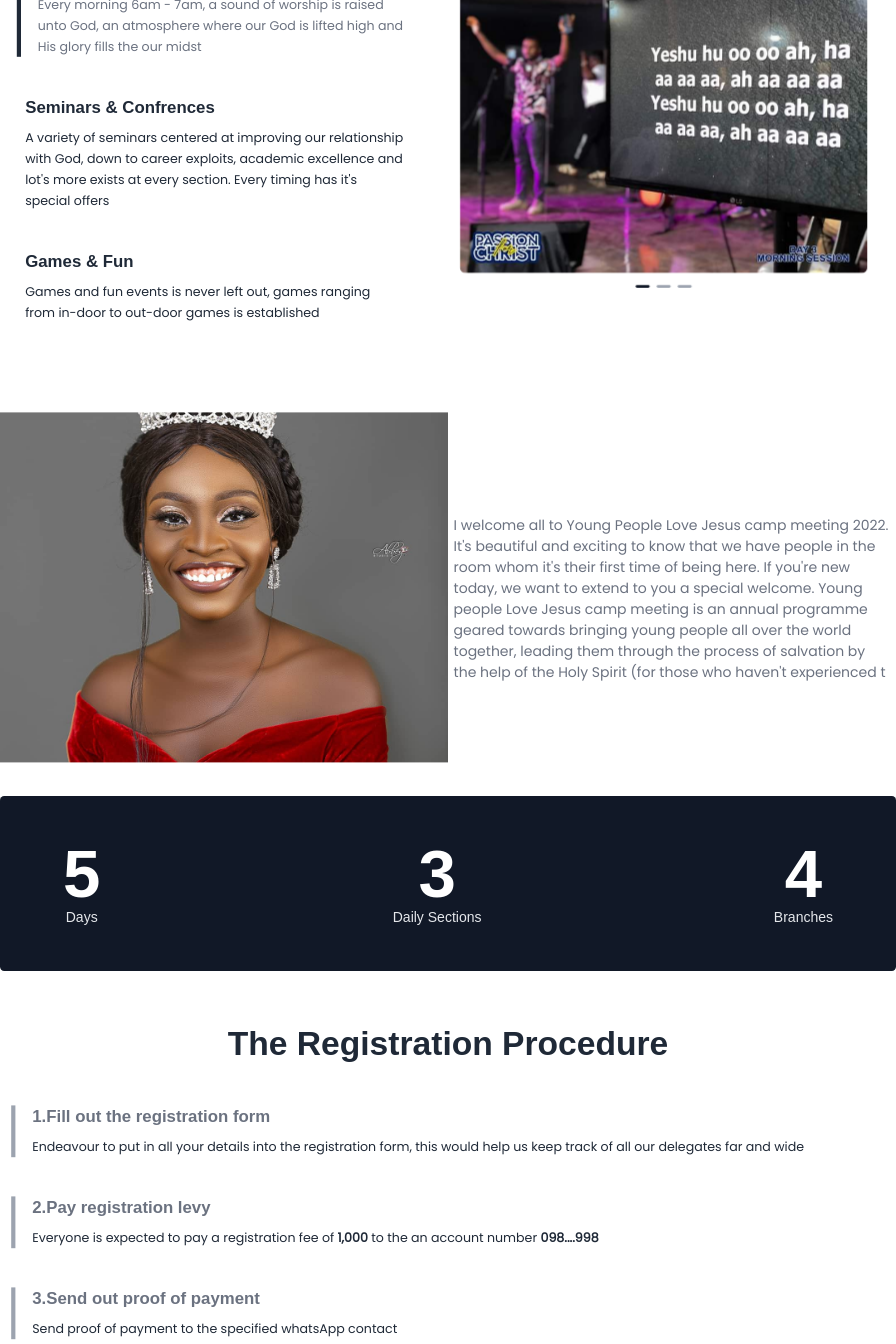
Repository: Ifenna-Pascal/user-camp-onboarding
Page: /
These files come from the project's save history. The page is drawn as it stood at one moment and after the next save; the edit follows.
The browser window is 1280 px wide. The pictures show the part of the page from y = 1553 to 3473 px (the page is 4228 px tall), at 70% of full size.
Some web fonts or font styles are not loaded; a fallback is used. The project was rebuilt for these pictures with package versions that can differ from the ones it lists, and the page was loaded fresh each time. The framework's server and built-in components were replaced by stand-ins that run in the browser. Also part of the build but not shown: next.config.js, styles/Home.module.css.

Above is the page before, as saved 2022-11-26 11:13:48.

After the next save:
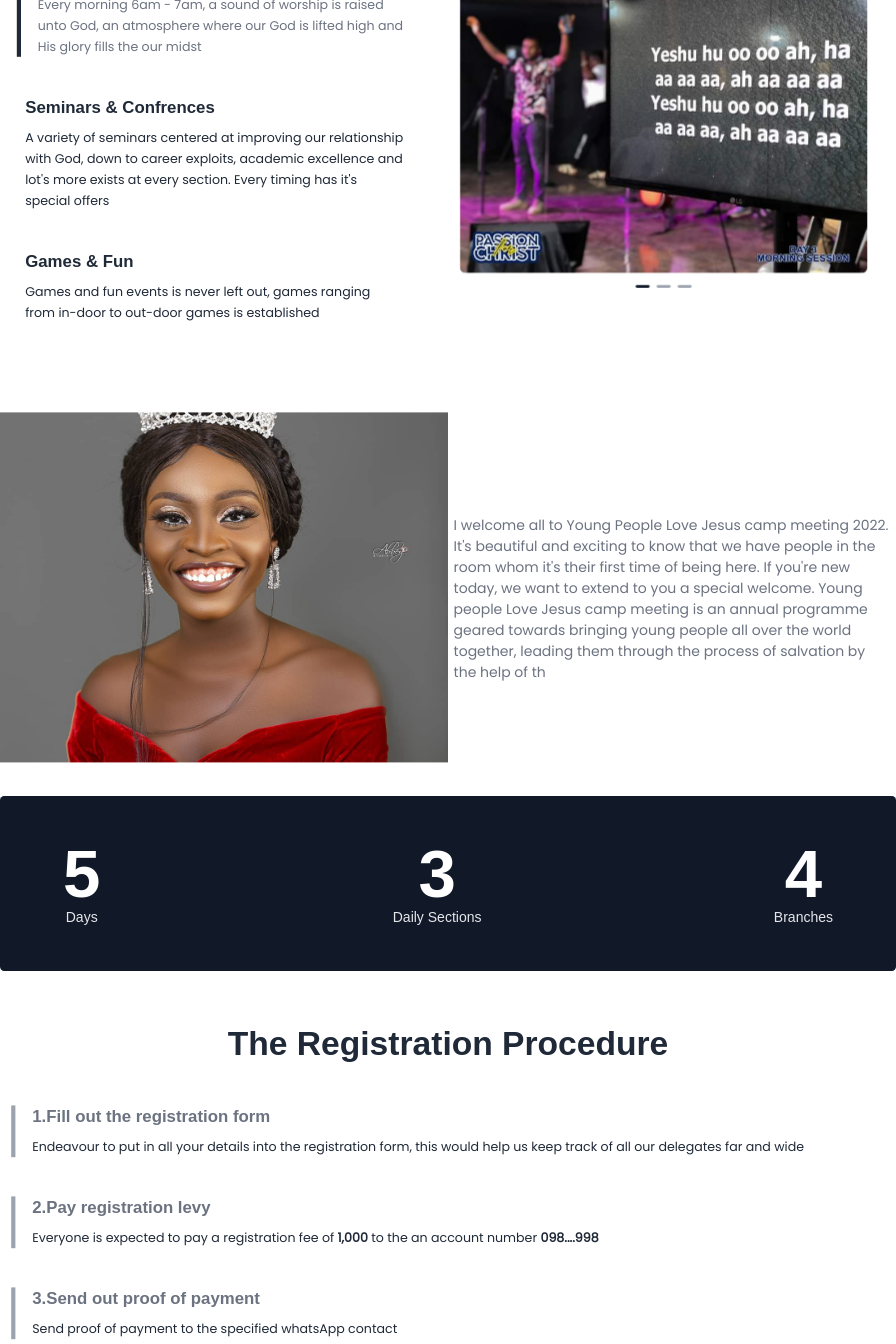
Saved 13 s later.
--- a/components/sections/Speech.jsx
+++ b/components/sections/Speech.jsx
@@ -30,7 +30,7 @@ function Speech() {
       </div>
       <div>
         <p className="text-left block text-xl font-poppins  leading-[30px] text-gray-500 py-4 px-2">
-          {p.substring(0, 500)}
+          {p.substring(0, 450)}
         </p>
       </div>
     </div>
